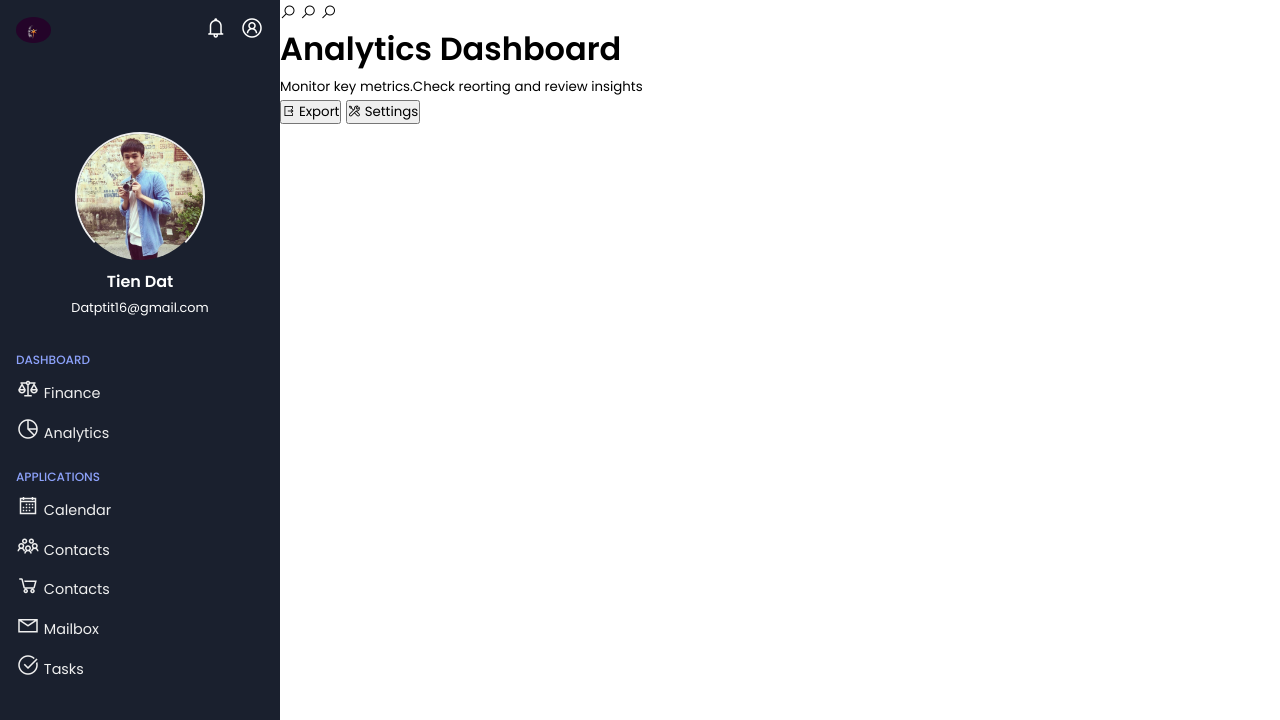
Repository: Datt21/dashboard-fe-project
Page: index.html
These files come from the project's save history. The page is drawn as it stood at one moment and after the next save; the edit follows.
The browser window is 1280 px wide. The pictures show the whole page.

Above is the page before, as saved 2021-06-08 14:38:25.

After the next save:
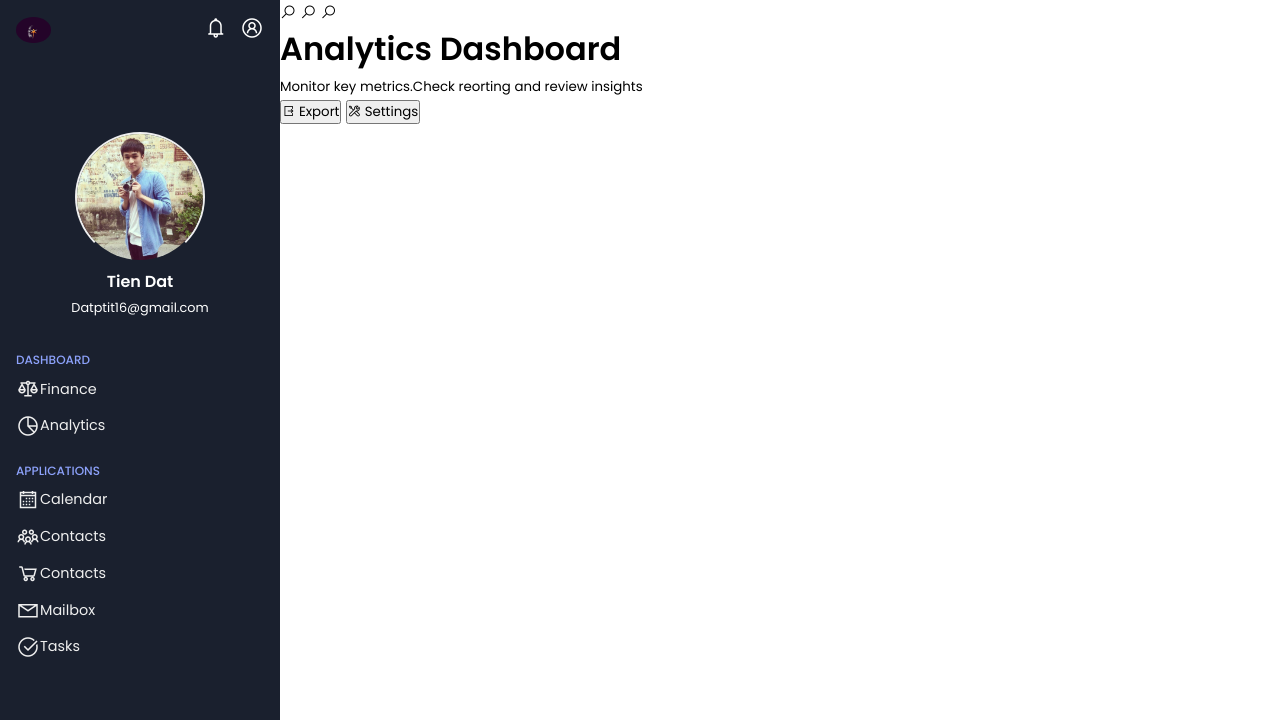
Saved 24 s later.
--- a/assets/css/style.css
+++ b/assets/css/style.css
@@ -85,13 +85,14 @@
 
 .sidebar__menu li{
     margin-bottom: 0.8rem;
-    display: flex;
-    align-items: center;
+
 }
 
 .sidebar__menu li a{
     color: #efefef;
     font-size: .9rem;
+    display: flex;
+    align-items: center;
 }
 
 .sidebar__menu li a span{
